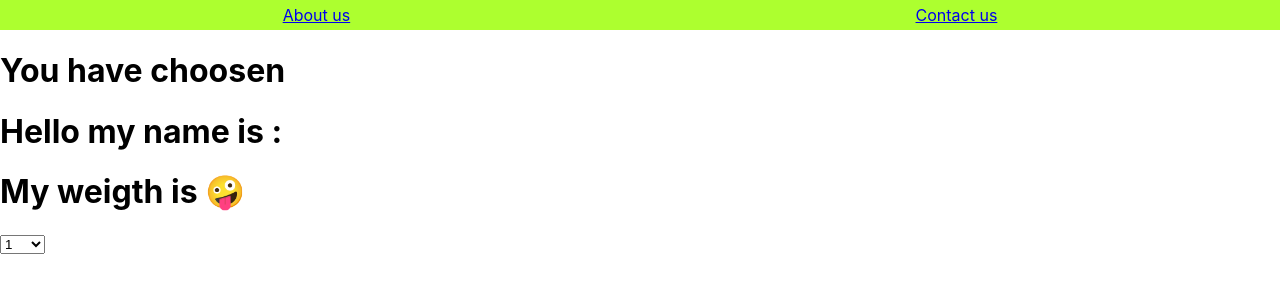
Repository: shah-zx/Pokemon
Page: /
These files come from the project's save history. The page is drawn as it stood at one moment and after the next save; the edit follows.
The browser window is 1280 px wide. The pictures show the whole page.
The page's requests for data from a server got no answer. The project was rebuilt for these pictures with package versions that can differ from the ones it lists, and the page was loaded fresh each time. No one was signed in, and anything a server would have sent is missing. Also part of the build but not shown: src/App.css, src/components/Contact.jsx, src/components/About.jsx.

Above is the page before, as saved 2021-11-21 14:33:28.

After the next save:
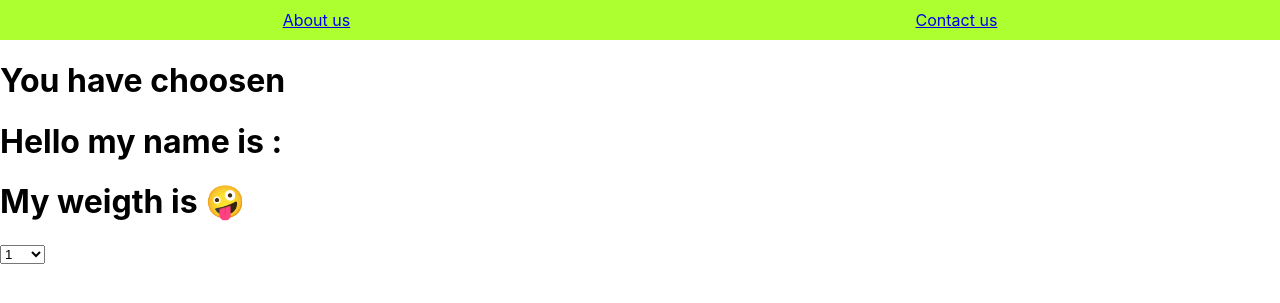
Saved 9 s later.
--- a/src/index.css
+++ b/src/index.css
@@ -14,7 +14,7 @@ code {
 
 .menu_style{
 width: 100%;
-line-height: 30px;
+line-height: 40px;
 background-color: greenyellow;
 display: flex;
 justify-content: space-around;
